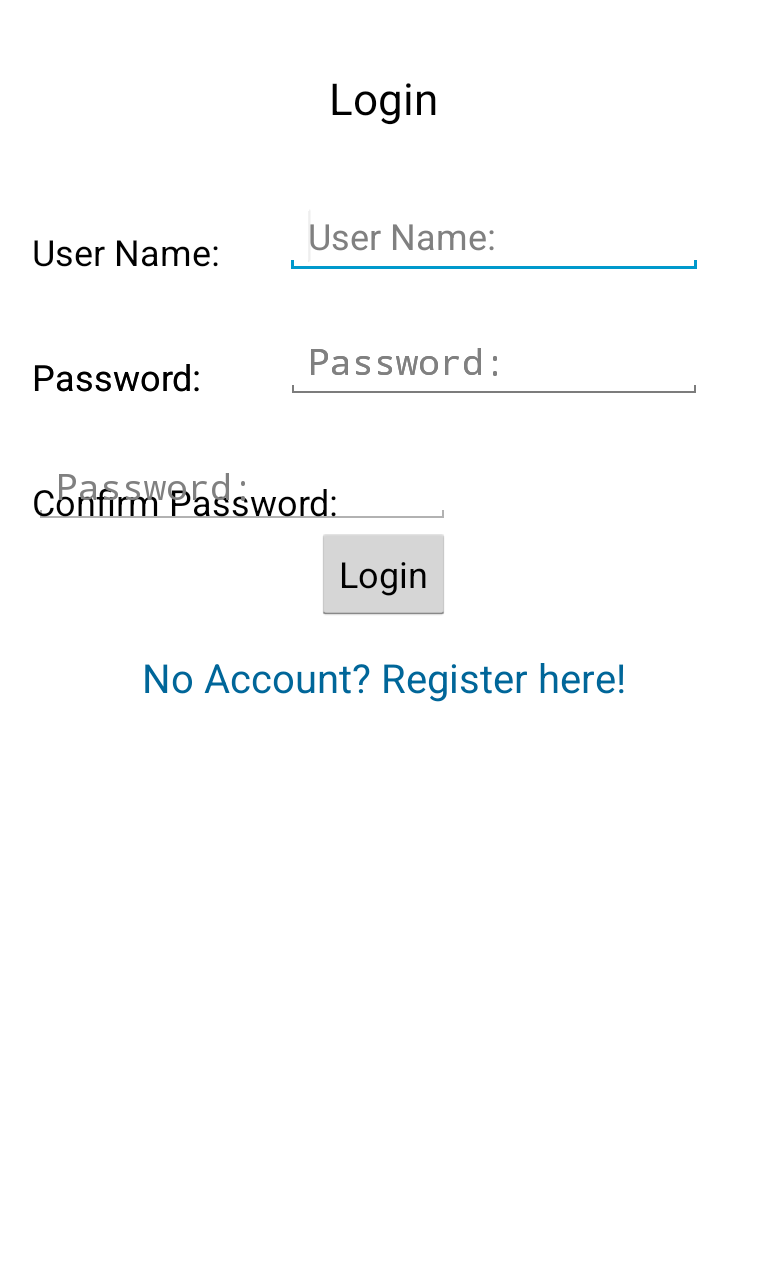
Repository: chrisberry/WebAPIWithAndroidUI
Layout: PeopleAPIAndroid/PeopleAPI/res/layout/register_main.xml
The author's editor kept a copy of each file at every save. The layout is drawn from the files as they stood at one save, then again after the next save.
It is drawn on a 768 x 1280 px phone screen (xhdpi) without system bars, with theme AppTheme; the app's code is not run.

Above is the layout before, as saved 2014-02-11 18:44:19.

After the next save:
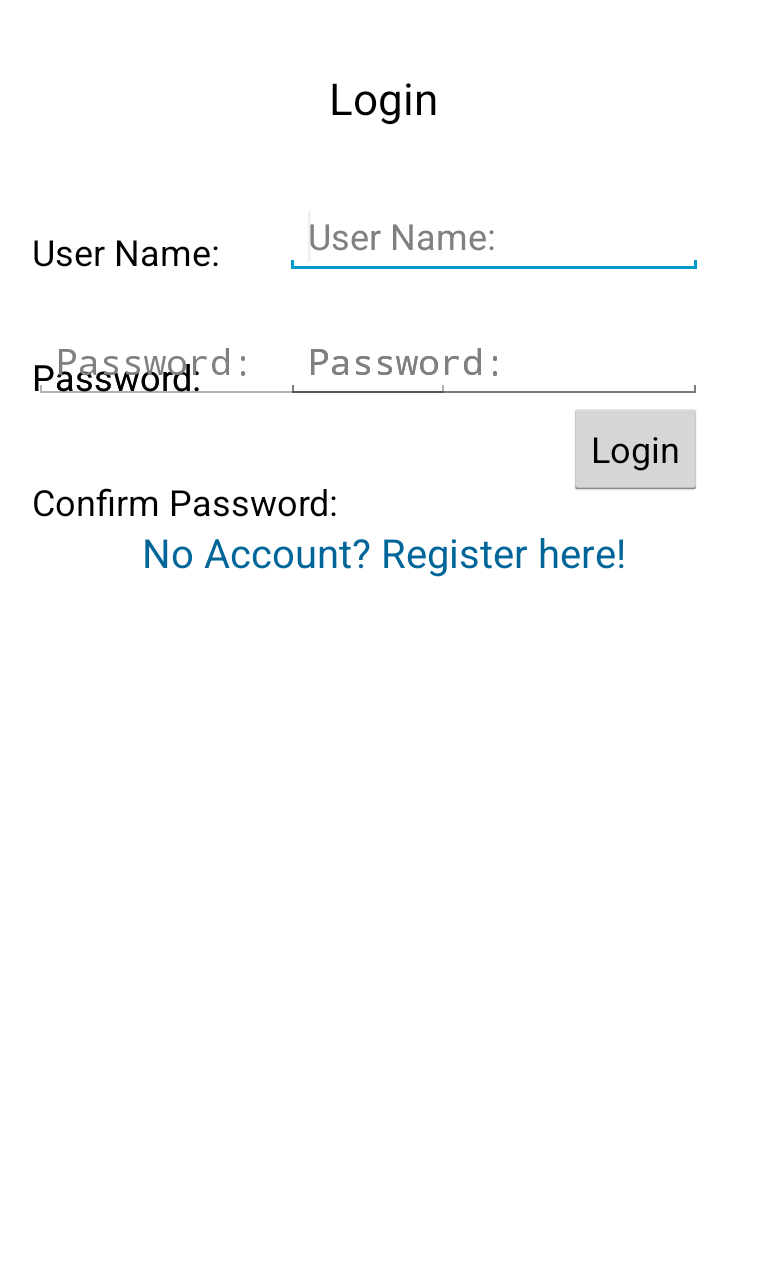
Saved 59 s later.
--- a/PeopleAPIAndroid/PeopleAPI/res/layout/register_main.xml
+++ b/PeopleAPIAndroid/PeopleAPI/res/layout/register_main.xml
@@ -97,12 +97,12 @@
       android:textAppearance="?android:attr/textAppearanceMedium" />
 
    <EditText
-      android:id="@+id/editText2"
+      android:id="@+id/editConfirm"
       android:hint="@string/password"
       android:layout_width="wrap_content"
       android:layout_height="wrap_content"
-      android:layout_alignBottom="@+id/textConfirm"
-      android:layout_alignLeft="@+id/editText2"
+      android:layout_alignBottom="@+id/editText2"
+      android:layout_alignLeft="@+id/textConfirm"
       android:ems="10"
       android:inputType="textPassword" />
 
